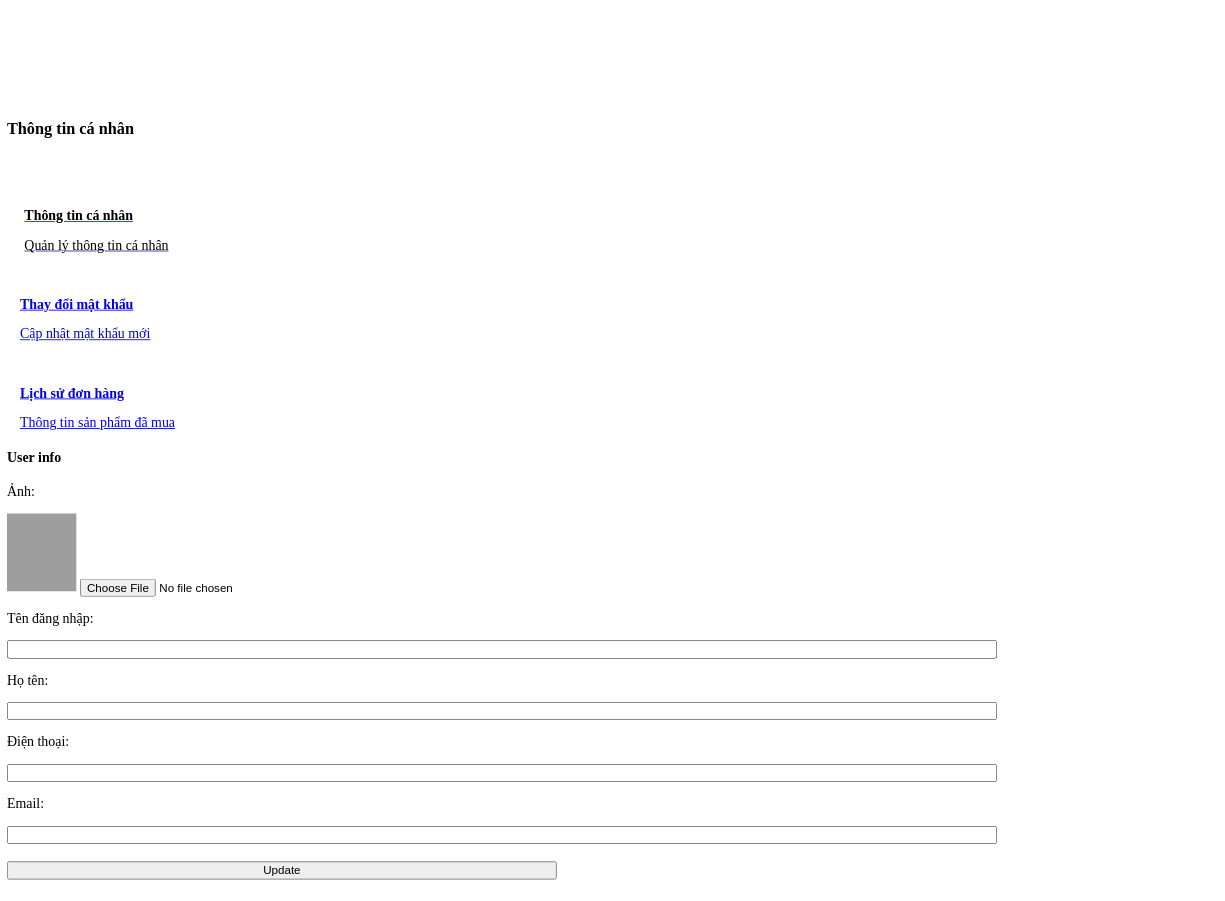
Repository: nguyengiabao245/NHOM3_C2
Page: http://localhost/DoAnJava/WEB-INF/views/account/edit.jsp
These files come from the project's save history. The page is drawn as it stood at one moment and after the next save; the edit follows.
The browser window is 1280 px wide. The page is 1408 px wide, so the pictures cover 1408 px, including what lies to the right of the window. The pictures show the whole page, at 87% of full size.
Pictures or frames that could not be fetched are drawn as grey boxes. The page is served by Tomcat 9. Nobody is signed in. Other server files are loaded and not shown. The template is opened directly, without the code that normally fills it, so the values that code supplies are empty.

Above is the page before, as saved 2022-05-16 05:59:50.

### DoAnJava/src/main/webapp/WEB-INF/views/account/edit.jsp
<%@ page pageEncoding="utf-8"%>
<%@ taglib uri="http://www.springframework.org/tags/form" prefix="form"%>
<%@ taglib uri="http://www.springframework.org/tags" prefix="s"%>

<div class="container" style="margin-bottom: 25px; margin-top: 100px">
	<br>


	<h3 class="title" style="font-weight: 700">Thông tin cá nhân</h3>
	<br>


	<div class="row">
		<div class="col-sm-4">
			<div class="quan-li-thong-tin">
				<li class="nav-item2 active" style="list-style-type: none;"><a
					class="nav-link collapsed" href="" ata-toggle="collapse" id="i">
						<div class="row">
							<div class="col-sm-2">
								<i class="fas fa-info-circle"
									style="font-size: 30px; padding: 12px 5px; color: black;"></i>
							</div>
							<div class="col-sm-10" style="padding: 0px 15px;">
								<span> <b>Thông tin cá nhân</b>
									<p>Quản lý thông tin cá nhân</p>
								</span>
							</div>
						</div>
				</a></li>
			</div>
			<li class="nav-item2" style="list-style-type: none;"><a
				class="nav-link collapsed" href="/account/change"
				data-toggle="collapse" data-target="#collapseNews"
				aria-expanded="true" aria-controls="collapseNews">
					<div class="row">
						<div class="col-sm-2">
							<i class="fas fa-key"
								style="font-size: 30px; padding: 12px 5px; color: rgb(255, 208, 0);"></i>
						</div>
						<div class="col-sm-10" style="padding: 0px 15px;">
							<span> <b>Thay đổi mật khẩu</b>
								<p>Cập nhật mật khẩu mới</p>
							</span>
						</div>
					</div>
			</a></li>
			<li class="nav-item2" style="list-style-type: none;"><a
				class="nav-link collapsed" href="/order/list"
				data-target="#collapseTwo" aria-expanded="true"
				aria-controls="collapseTwo">
					<div class="row">
						<div class="col-sm-2">
							<i class="fas fa-shopping-cart"
								style="font-size: 30px; padding: 12px 5px; color: brown;"></i>
						</div>
						<div class="col-sm-10" style="padding: 0px 15px;">
							<span> <b>Lịch sử đơn hàng</b>
								<p>Thông tin sản phẩm đã mua</p>
							</span>
						</div>
					</div>
			</a></li>

		</div>





		<!--  -->
		<div class="col-sm-8">
			<div class="ct1">
				<div>
					<div class="panel panel-default">
						<div class="panel-heading">
							<h4 class="panel-title">User info</h4>
						</div>
						<form:form action="/account/edit" modelAttribute="form"
							enctype="multipart/form-data">
							<h4 class="label label-danger">${message}</h4>
							<div class="panel-body">
								<div class="row">
									<div class="col-sm-4">
										<p>Ảnh:</p>
									</div>
									<div class="col-sm-8">
										<p>
											<img src="/static/images/customers/${form.photo}"
												style="width: 80px; height: 90px;" /> <input type="file"
												name="photo_file" />
											<form:hidden path="photo" class="form-control" />
										</p>
									</div>
								</div>
								<div class="row">
									<div class="col-sm-4">
										<p>Tên đăng nhập:</p>
									</div>
									<div class="col-sm-8">
										<p>
											<form:input style="width: 90%;" path="id"
												class="form-control" readonly="true" />
										</p>
									</div>
								</div>
								<div class="row">
									<div class="col-sm-4">
										<p>Họ tên:</p>
									</div>
									<div class="col-sm-8">
										<p>
											<form:input style="width: 90%;" path="fullname"
												class="form-control" required="required" pattern=".{6,}"
												title="Họ tên phải từ 6 ký tự trở lên" />
										</p>
									</div>
								</div>
								<div class="row">
									<div class="col-sm-4">
										<p>Điện thoại:</p>
									</div>
									<div class="col-sm-8">
										<p>
											<form:input style="width: 90%;" path="telephone"
												class="form-control" required="required" pattern=".{10,}"
												title="Số điện thoại gồm 10 số " />
										</p>
									</div>
								</div>
								<div class="row">
									<div class="col-sm-4">
										<p>Email:</p>
									</div>
									<div class="col-sm-8">
										<p>
											<form:input style="width: 90%;" path="email"
												class="form-control" required="required"
												pattern="[a-z0-9._%+-]+@[a-z0-9.-]+\.[a-z]{2,}$"
												title="Email không hợp lệ" />
										</p>
									</div>
								</div>
								<div class="row">
									<div class="col-sm-4"></div>
									<div class="col-sm-8" style="right: -85px; margin-top: 20px">
										<form:hidden path="password" />
										<form:hidden path="activated" />
										<form:hidden path="admin" />
										<button class="userauth__btn" style="width: 50%;">Update</button>
									</div>
								</div>
							</div>
						</form:form>
					</div>
				</div>
			</div>
		</div>
	</div>






	<style>
.dang-nhap {
	background-color: white;
	padding: 30px 120px;
	margin: 0 auto;
	width: 60%;
}

.quan-li-thong-tin .active {
	background-color: white;
	width: 110%;
	padding: 10px 5px 0px;
	border-radius: 5px;
}

.gach {
	background-color: blue;
	width: 100px;
}

.quan-li-thong-tin .active span {
	color: black;
}
</style>

After the next save:
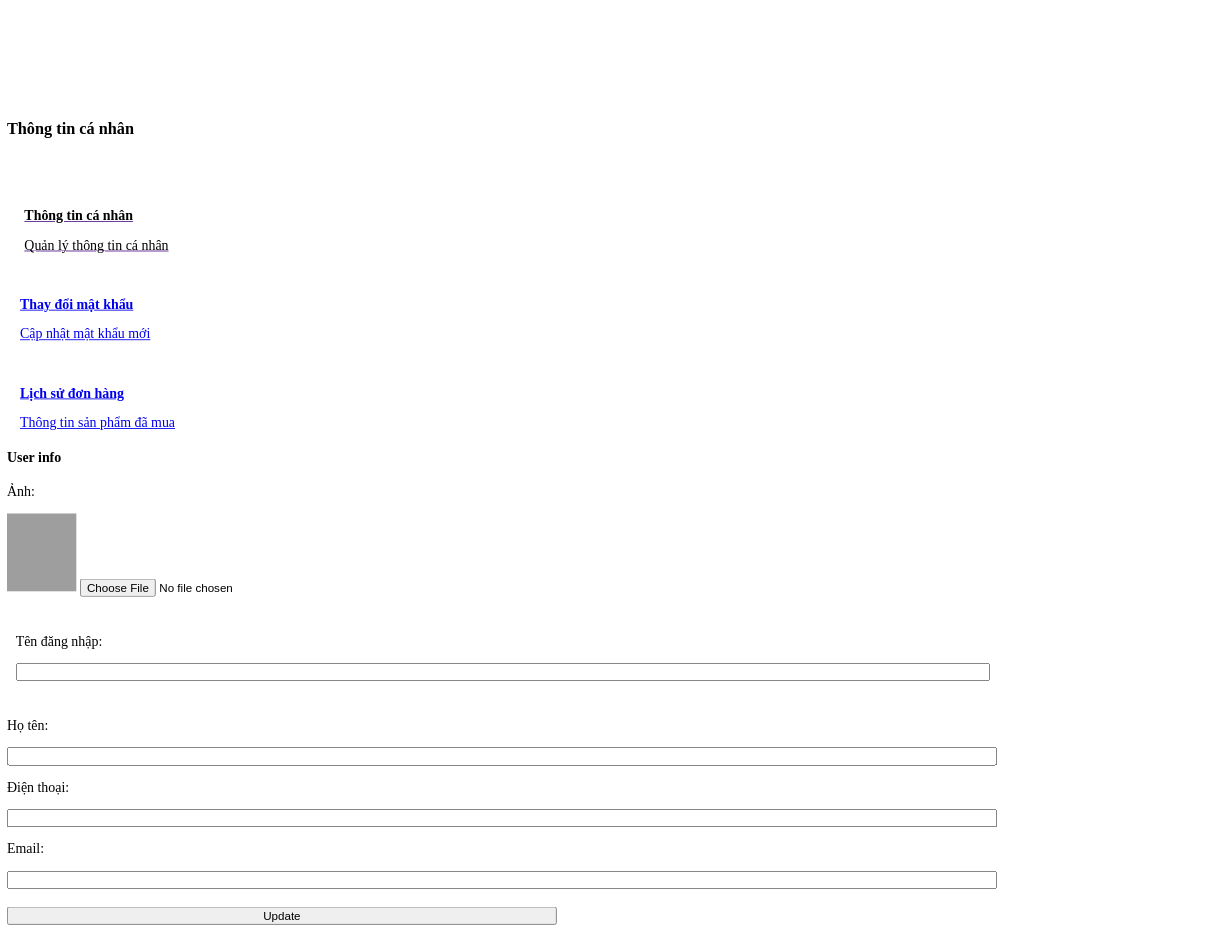
Saved 27 s later.
--- a/DoAnJava/src/main/webapp/WEB-INF/views/account/edit.jsp
+++ b/DoAnJava/src/main/webapp/WEB-INF/views/account/edit.jsp
@@ -92,7 +92,7 @@
 										</p>
 									</div>
 								</div>
-								<div class="row">
+								<div class="row" style="padding:10px">
 									<div class="col-sm-4">
 										<p>Tên đăng nhập:</p>
 									</div>
